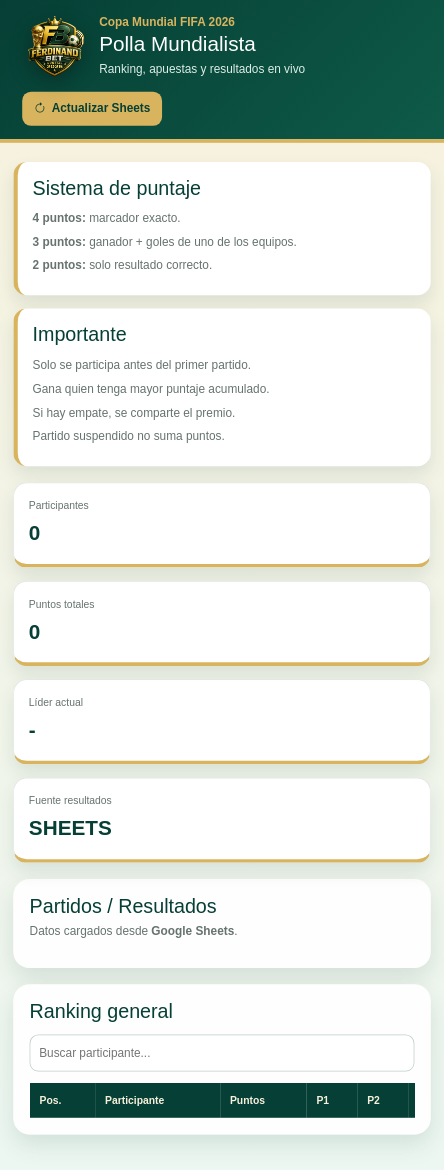
Repository: DiegoSot0/ferdinand-bet
Page: index.html
An editor plug-in stored every save of this project. The page is shown before and after the next save, followed by the edit.
The browser window is 600 px wide. The pictures show the whole page, at 74% of full size.
The page's requests for data from a server got no answer.

Above is the page before, as saved 2026-06-11 21:52:57.

After the next save:
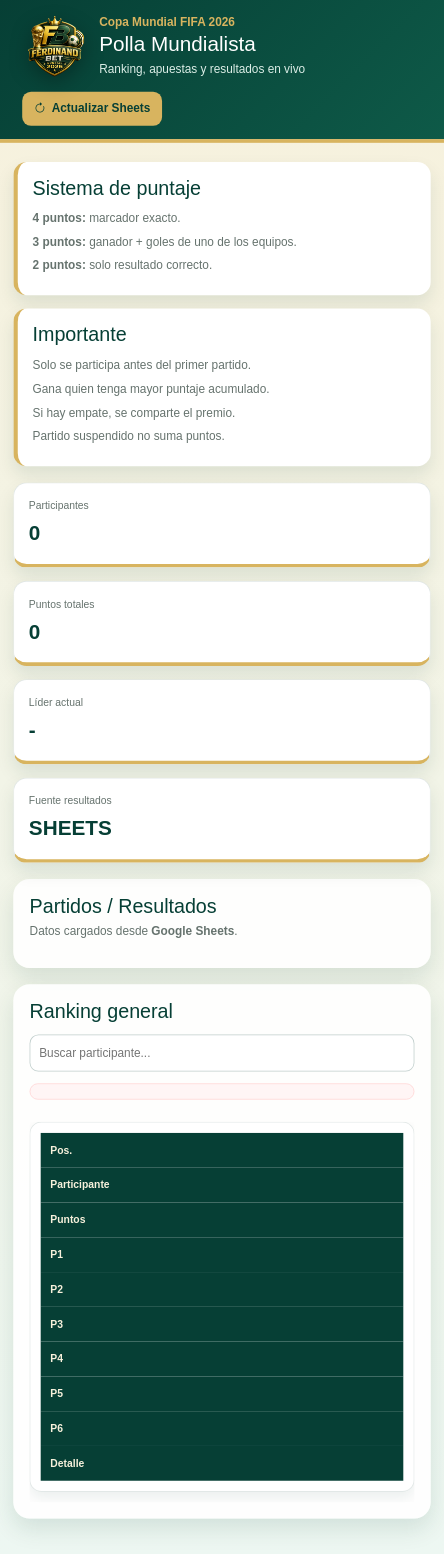
Saved 16 s later.
--- a/style.css
+++ b/style.css
@@ -558,3 +558,110 @@
     text-align: center;
   }
 }
+
+.ranking-info {
+  display: flex;
+  justify-content: space-between;
+  align-items: center;
+  gap: 12px;
+  margin: 12px 0 18px;
+  flex-wrap: wrap;
+}
+
+.live-match-info {
+  display: flex;
+  align-items: center;
+  gap: 10px;
+  background: #fff5f5;
+  border: 1px solid #ffd2d2;
+  color: var(--verde-oscuro);
+  padding: 10px 14px;
+  border-radius: 999px;
+  font-weight: 700;
+}
+
+.live-global-badge {
+  font-size: 12px;
+  animation: pulseLiveText 1.2s infinite;
+}
+
+.last-update-info {
+  color: var(--gris);
+  font-size: 14px;
+}
+
+.btn-ver {
+  padding: 7px 13px;
+  border-radius: 10px;
+  font-size: 13px;
+  min-width: auto;
+}
+
+@keyframes pulseLiveText {
+  0% {
+    opacity: 1;
+  }
+
+  50% {
+    opacity: .55;
+  }
+
+  100% {
+    opacity: 1;
+  }
+}
+
+@media (max-width: 680px) {
+
+  table,
+  thead,
+  tbody,
+  th,
+  td,
+  tr {
+    display: block;
+  }
+
+  thead {
+    display: none;
+  }
+
+  tbody tr {
+    background: white;
+    border: 1px solid rgba(6, 63, 53, .12);
+    border-radius: 16px;
+    padding: 14px;
+    margin-bottom: 14px;
+    box-shadow: 0 8px 18px rgba(6, 63, 53, .08);
+  }
+
+  td {
+    border-bottom: none;
+    padding: 9px 0;
+    display: flex;
+    justify-content: space-between;
+    align-items: center;
+  }
+
+  td::before {
+    content: attr(data-label);
+    color: var(--gris);
+    font-weight: 700;
+    margin-right: 12px;
+  }
+
+  table {
+    min-width: unset;
+  }
+
+  .ranking-info {
+    align-items: flex-start;
+  }
+
+  .live-match-info {
+    border-radius: 16px;
+    width: 100%;
+    justify-content: center;
+    flex-wrap: wrap;
+  }
+}
